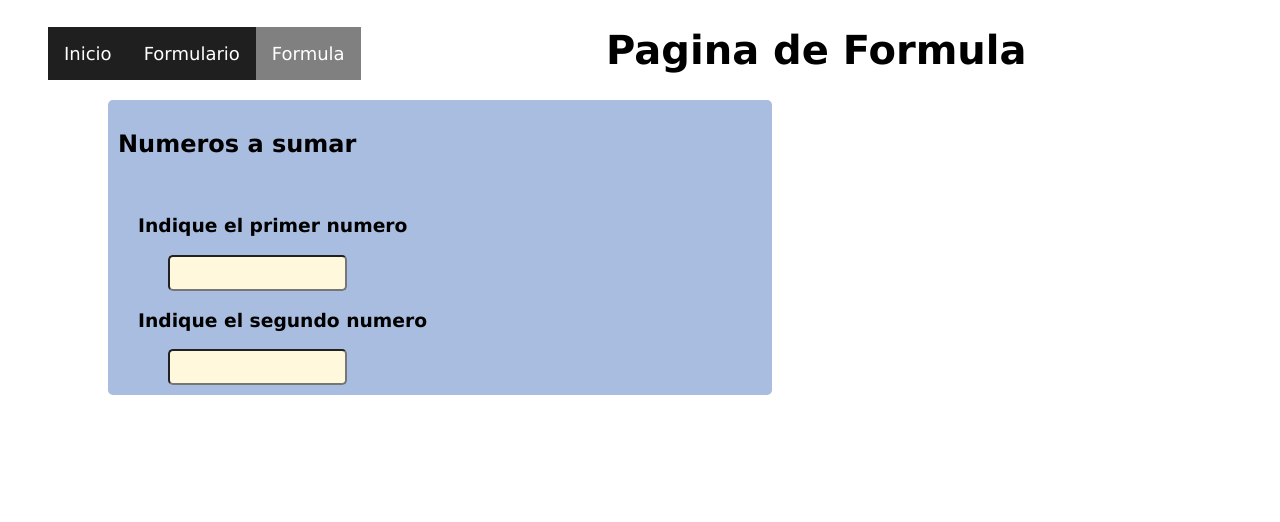
Repository: misterySnow94/tutoriales
Page: pagina basica/formula.html
The author's editor kept a copy of each file at every save. The page is drawn from the files as they stood at one save, then again after the next save.
The browser window is 1280 px wide. The pictures show the whole page.

Above is the page before, as saved 2019-11-04 00:33:45.

### pagina basica/formula.html
<!DOCTYPE html>
<html lang="en">
<head>
    <meta charset="UTF-8">
    <meta name="viewport" content="width=device-width, initial-scale=1.0">
    <meta http-equiv="X-UA-Compatible" content="ie=edge">
    <title>inicio</title>
    <link rel="stylesheet" href="css/style.css">
</head>
<body>
    <nav>
        <ul>
            <li><a href="index.html"> Inicio </a></li>
            <li><a href="formulario.html">Formulario</a></li>
            <li class="active"><a href="formula.html">Formula</a></li>
        </ul>
    </nav>

    <div class="contenido">
        <h1>Pagina de Formula</h1>

        <form action="">
            <h2>Numeros a sumar</h2>
            <label for="numero_1">
                <h3>Indique el primer numero</h3>
                <input type="number" name="numero_1">
            </label>
            <label for="numero_2">
                <h3>Indique el segundo numero</h3>
                <input type="number" name="numero_2">
            </label>
        </form>
    </div>
</body>
</html>

### pagina basica/css/style.css
body{
    font-family: 'Lucida Sans', 'Lucida Sans Regular', 'Lucida Grande', 'Lucida Sans Unicode', Geneva, Verdana, sans-serif;
}

li{
    float: left;
    list-style: none;
    padding: 16px;
    background-color: rgb(31, 31, 31);
}

.active{
    background-color: gray;
}

li:hover{
    background-color: gray;
}

a{
    color: white;
    text-decoration: none;
    font-size: 18px;
}

h1{
    text-align: center;
    font-size: 40px;
}

form{
    margin-left: 100px;
    margin-right: 500px;
    background-color: rgb(169, 189, 224);
    border-radius: 5px;
    padding: 10px;
}

label, input, h3 , select{
    margin-left: 20px;
}

input, select{
    margin-left: 50px;
    border-radius: 5px;
    height: 30px;
    font-family: 'Lucida Sans', 'Lucida Sans Regular', 'Lucida Grande', 'Lucida Sans Unicode', Geneva, Verdana, sans-serif;
    background-color: cornsilk;
}

button{
    background-color: blueviolet;
    height: 50px;
    width: 300px;
    border:none;
    border-radius: 5px;
    font-family: 'Lucida Sans', 'Lucida Sans Regular', 'Lucida Grande', 'Lucida Sans Unicode', Geneva, Verdana, sans-serif;
    font-size: 30px;
    color:white;
    margin-left: 25%;
}

button:hover{
    background-color: rgb(190, 140, 236);
    color:black;
}

.radio{
    width: 20px;
    height: 20px;
}

After the next save:
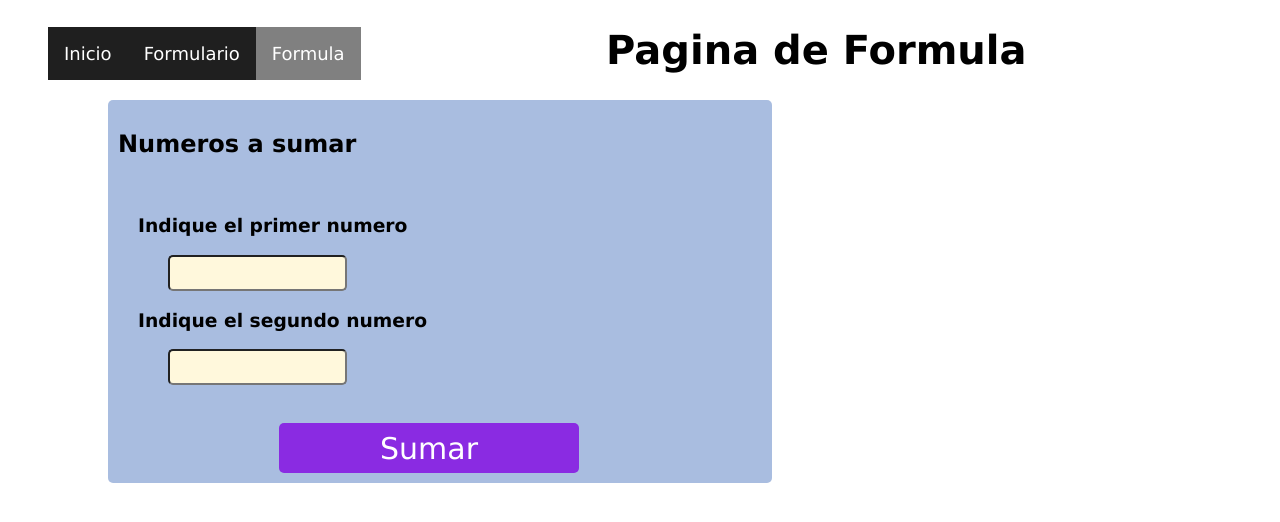
Saved 15 s later.
--- a/pagina basica/formula.html
+++ b/pagina basica/formula.html
@@ -29,6 +29,8 @@
                 <h3>Indique el segundo numero</h3>
                 <input type="number" name="numero_2">
             </label>
+            <br><br><br>
+            <button>Sumar</button>
         </form>
     </div>
 </body>
